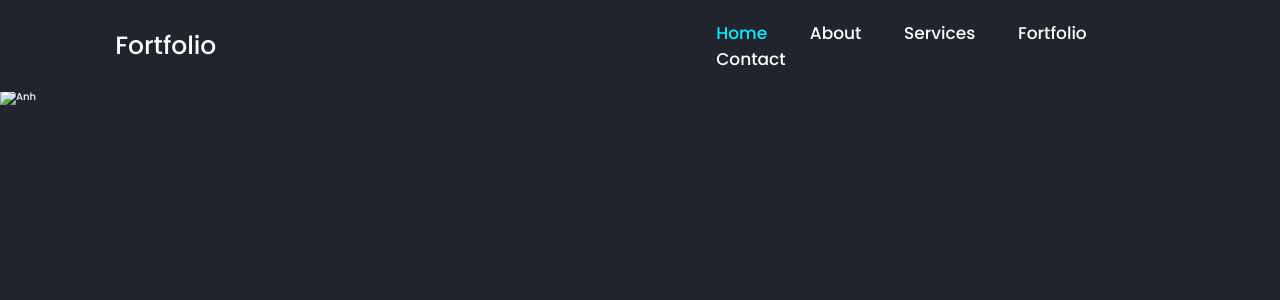
Repository: nguyenthethuan2004/portfolio
Page: index.html
The author's editor kept a copy of each file at every save. The page is drawn from the files as they stood at one save, then again after a run of saves.
The browser window is 1280 px wide. The pictures show the whole page.

Above is the page before, as saved 2023-09-29 22:42:26.

### index.html
<!DOCTYPE html>
<html lang="en">
<head>
    <meta charset="UTF-8">
    <meta name="viewport" content="width=device-width, initial-scale=1.0">
    <title>Nguyen The Thuan</title>

    <!-- custom css -->
    <link rel="stylesheet" href="css/style.css">

    <!-- box icon -->
    <link href='https://unpkg.com/boxicons@2.1.4/css/boxicons.min.css' rel='stylesheet'>

</head>
<body>
    <!-- header design -->
    <header class="header">
        <a href="#" class="logo">Fortfolio</a>

        <box-icon name='menu' id="menu-icon"></box-icon>

        <nav class="navbar">
            <a href="#home" class="active">Home</a>
            <a href="#about">About</a>
            <a href="#services">Services</a>
            <a href="#fortfolio">Fortfolio</a>
            <a href="#contact">Contact</a>
        </nav>
    </header>

    <!-- home setion design -->
    <section class="home" id="home">
        <div class="home-content">
            <h3>Hello, It's Me</h3>
            <h1>Nguyen The Thuan</h1>
            <h3>And I'm a <span>Backend Developer</span></h3>
            <p>Lorem ipsum dolor sit amet consectetur adipisicing elit. Repellat, modi? Quas sapiente blanditiis odit nam magni ad!</p>
            <div class="social-media">
                <a href=""><box-icon name='facebook' type='logo' ></box-icon></a>
                <a href=""><box-icon name='github' type='logo' ></box-icon></a>
                <a href=""><box-icon name='linkedin' type='logo' ></box-icon></a>
                <a href=""><box-icon type='logo' name='youtube'></box-icon></a>
            </div>

            <a href="#" class="btn">Download CV</a>
        </div>

        <div class="home-img">
            <img src="" alt="Anh">
        </div>
    </section>

</body>
</html>

### css/style.css
    @import url('https://fonts.googleapis.com/css2?family=Poppins:ital,wght@0,300;0,500;0,600;0,700;0,800;0,900;1,300;1,400;1,500;1,600;1,700;1,800;1,900&display=swap');
* {
    margin: 0;
    padding: 0;
    box-sizing: border-box;
    text-decoration: none;
    border: none;
    outline: none;
    scroll-behavior:smooth;
    font-family: 'Poppins', sans-serif;
}

:root {
    --bg-color:#1f242d;
    --second-bg-color:#323946;
    --text-color:#fff;
    --main-color:#0ef;
}

html {
    font-size: 62.5%;
    overflow-x: hidden;
}

body {
    background: var(--bg-color);
    color: var(--text-color);
}

section {
    min-height: 100vh;
    padding: auto;
}

.header {
    position: fixed;
    top: 0;
    left: 0;
    width: 100%;
    padding: 2rem 9%;
    background: var(--bg-color);
    display: flex;
    justify-content: space-between;
    align-items: center;
    z-index: 100;
}



.logo {
    font-size: 2.5rem;
    color: var(--text-color);
    width: 600px;
    cursor: default;
}

.navbar a {
    font-size: 1.7rem;
    color: var(--text-color);
    margin-left: 4rem;
    transition: .3s;
}

.navbar a:hover,
.navbar a.active {
    color: var(--main-color);
}

#menu--icon {
    font-size: 3.6rem;
    color: var(--text-color);
    display: none;
}

After the next 3 saves:
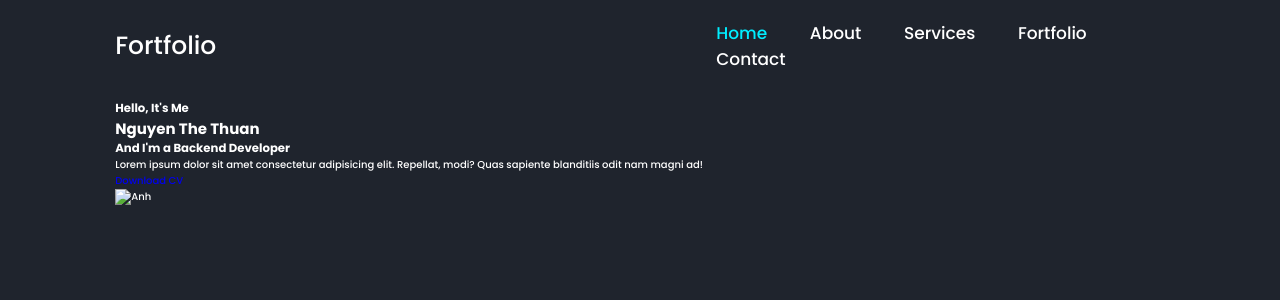
The 3 saves are shown as one change because they came seconds apart.
The last was saved 12 s later.
--- a/css/style.css
+++ b/css/style.css
@@ -29,7 +29,7 @@
 
 section {
     min-height: 100vh;
-    padding: auto;
+    padding: 10rem 9% 2rem;
 }
 
 .header {
